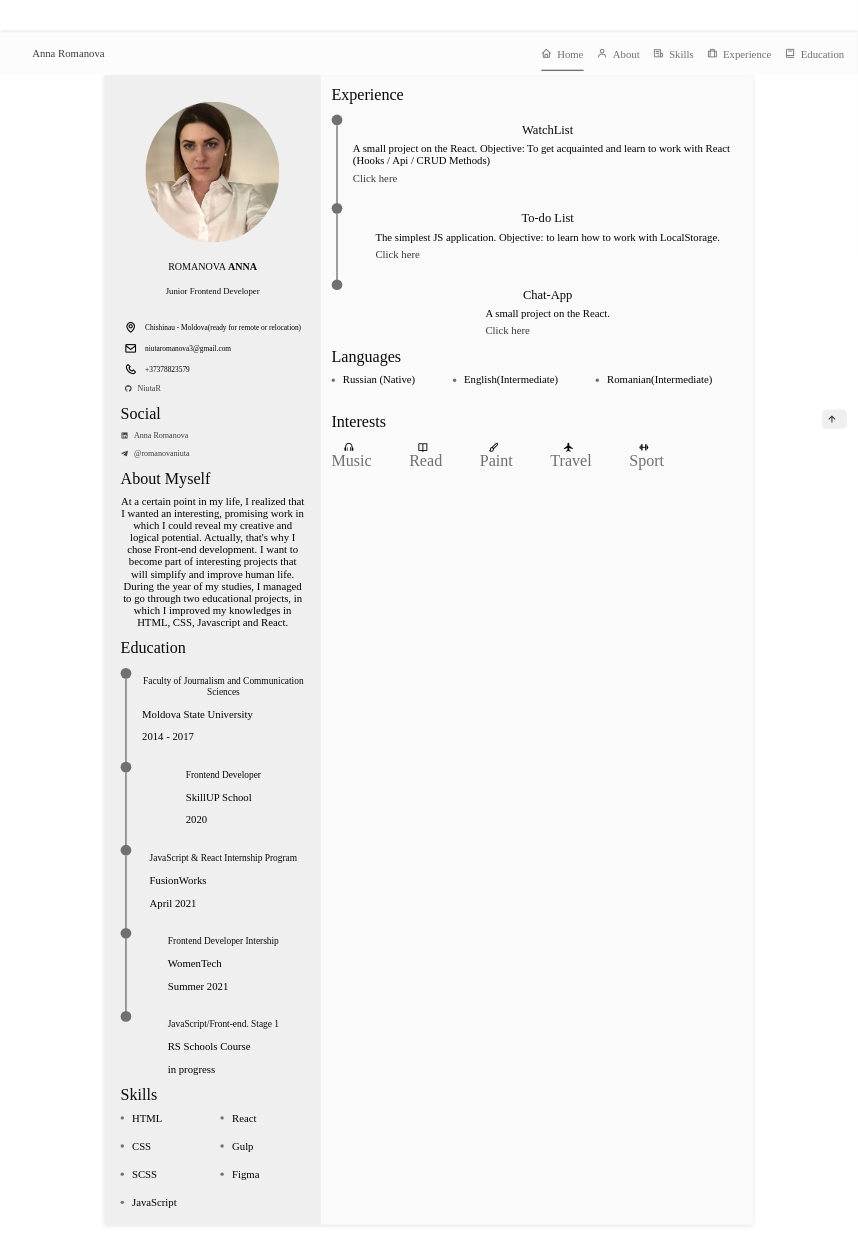
Repository: NiutaR/rsschool-cv
Page: index.html
An editor plug-in stored every save of this project. The page is shown before and after a run of saves, followed by the edit.
The browser window is 1280 px wide. The pictures show the whole page, at 67% of full size.

Above is the page before, as saved 2021-09-19 19:35:15.

After the next 5 saves:
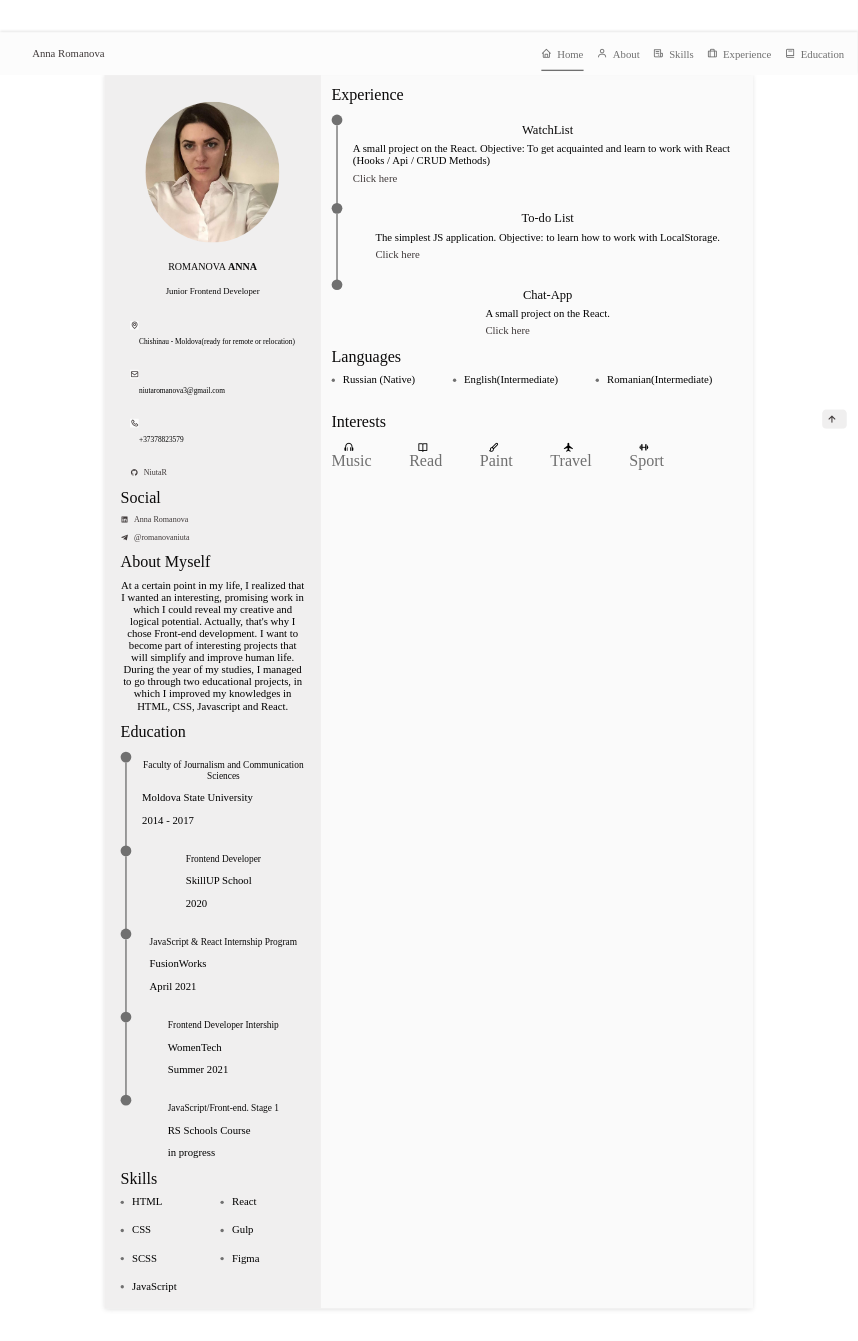
The 5 saves are shown as one change because they came seconds apart.
The last was saved 13 s later.
--- a/src/style.css
+++ b/src/style.css
@@ -81,7 +81,8 @@ body.scale-cv {
 .scale-cv .social__container {
     gap: .75rem;
 }
-.scale-cv .home
+.scale-cv .home__icon,
+.scale-cv .soc
 
 body {
     margin: 0 0 var(--header-height) 0;
